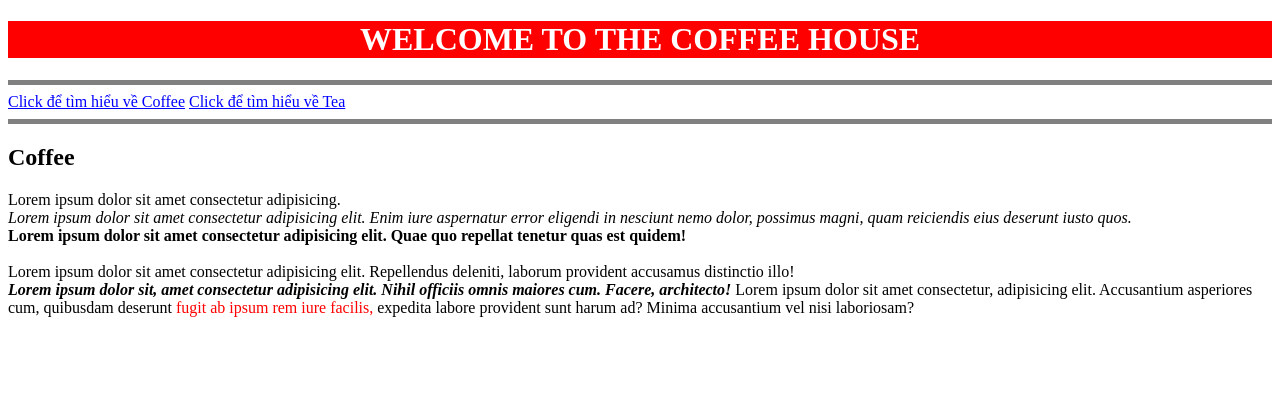
Repository: giahuy405/HomeWork_Coffee
Page: index.html
The author's editor kept a copy of each file at every save. The page is drawn from the files as they stood at one save, then again after the next save.
The browser window is 1280 px wide. The pictures show the whole page.

Above is the page before, as saved 2022-09-07 01:13:19.

### index.html
<!DOCTYPE html>
<html lang="en">
<head>
    <meta charset="UTF-8">
    <meta http-equiv="X-UA-Compatible" content="IE=edge">
    <meta name="viewport" content="width=device-width, initial-scale=1.0">
    <title>Document</title>
    <link rel="stylesheet" href="./css/index.css">
</head>
<body>
    <header>
        <h1 style="background-color: red;text-align:center;color:white">WELCOME TO THE COFFEE HOUSE</h1>
        <hr size="5px" noshade>
        <nav>
            <a style="color: blue;" href="#">Click để tìm hiểu về Coffee</a>
            <a style="color: blue;" href="#">Click để tìm hiểu về Tea</a>
        </nav>
        <hr size="5px" noshade>
    </header>

    <div class="coffee-intro">
        <h2>Coffee</h2>
        <p>Lorem ipsum dolor sit amet consectetur adipisicing.
            <br>
            <i>Lorem ipsum dolor sit amet consectetur adipisicing elit. Enim iure aspernatur error eligendi in nesciunt nemo dolor, possimus magni, quam reiciendis eius deserunt iusto quos.</i>
            <br>
            <b>Lorem ipsum dolor sit amet consectetur adipisicing elit. Quae quo repellat tenetur quas est quidem!</b>
            <br><br>
            Lorem ipsum dolor sit amet consectetur adipisicing elit. Repellendus deleniti, laborum provident accusamus distinctio illo! <br>
            <b><i>Lorem ipsum dolor sit, amet consectetur adipisicing elit. Nihil officiis omnis maiores cum. Facere, architecto!</i></b>
            Lorem ipsum dolor sit amet consectetur, adipisicing elit. Accusantium asperiores cum, quibusdam deserunt <span style="color: red;">fugit ab ipsum rem iure facilis,</span> expedita labore provident sunt harum ad? Minima accusantium vel nisi laboriosam?
        </p>

    </div>
</body>
</html>

Loaded but not shown: css/index.css (no stored copy; drawn as an empty file)

After the next save:
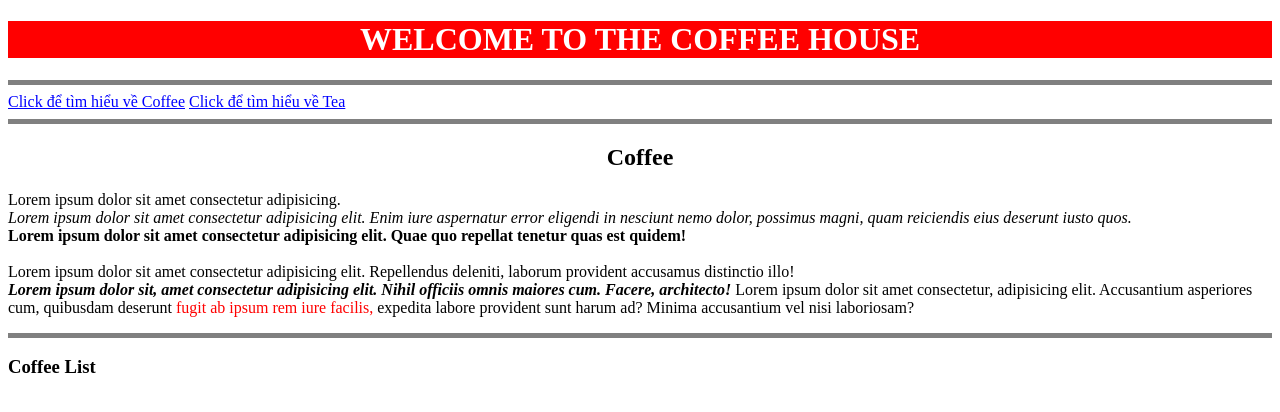
Saved 57 s later.
--- a/index.html
+++ b/index.html
@@ -19,7 +19,7 @@
     </header>
 
     <div class="coffee-intro">
-        <h2>Coffee</h2>
+        <h2 style="text-align: center;">Coffee</h2>
         <p>Lorem ipsum dolor sit amet consectetur adipisicing.
             <br>
             <i>Lorem ipsum dolor sit amet consectetur adipisicing elit. Enim iure aspernatur error eligendi in nesciunt nemo dolor, possimus magni, quam reiciendis eius deserunt iusto quos.</i>
@@ -30,6 +30,11 @@
             <b><i>Lorem ipsum dolor sit, amet consectetur adipisicing elit. Nihil officiis omnis maiores cum. Facere, architecto!</i></b>
             Lorem ipsum dolor sit amet consectetur, adipisicing elit. Accusantium asperiores cum, quibusdam deserunt <span style="color: red;">fugit ab ipsum rem iure facilis,</span> expedita labore provident sunt harum ad? Minima accusantium vel nisi laboriosam?
         </p>
+        <hr size="5px" noshade>
+    </div>
+
+    <div class="coffee-list">
+        <h3>Coffee List</h3>
 
     </div>
 </body>
